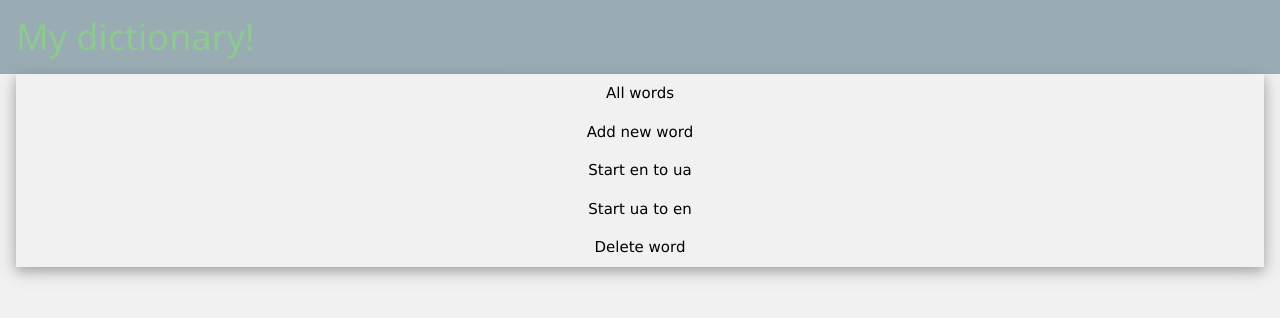
Repository: OleksandrDoskaliukKN313/IIC
Page: WebDictionary/WebContent/index.html
An editor plug-in stored every save of this project. The page is shown before and after the next save, followed by the edit.
The browser window is 1280 px wide. The pictures show the whole page.

Above is the page before, as saved 2020-10-12 10:06:54.

After the next save:
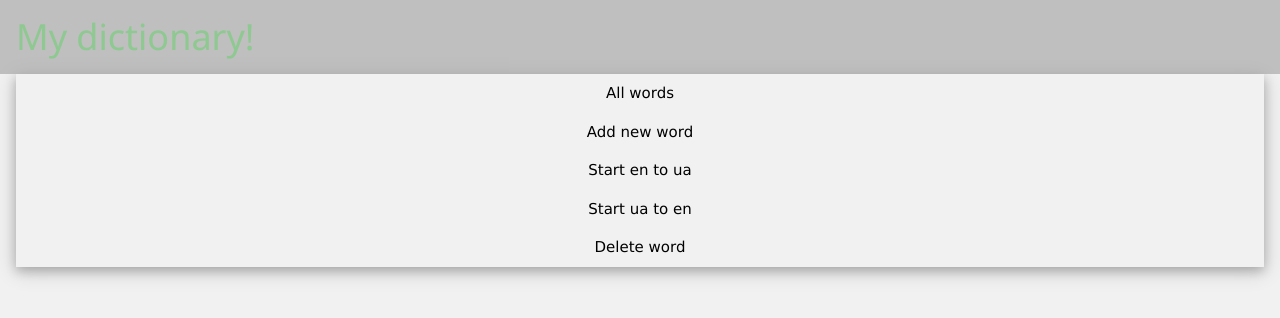
Saved 17 s later.
--- a/WebDictionary/WebContent/index.html
+++ b/WebDictionary/WebContent/index.html
@@ -6,7 +6,7 @@
 <link rel="stylesheet" href="w3.css">
 </head>
 <body class="w3-light-grey">
-<div class="w3-container w3-blue-grey w3-opacity w3-left-align w3-text-green">
+<div class="w3-container w3-grey w3-opacity w3-left-align w3-text-green">
         <h1>My dictionary!</h1>
     </div>
     <div class="w3-container w3-center">       <!-- content -->

After the save that followed:
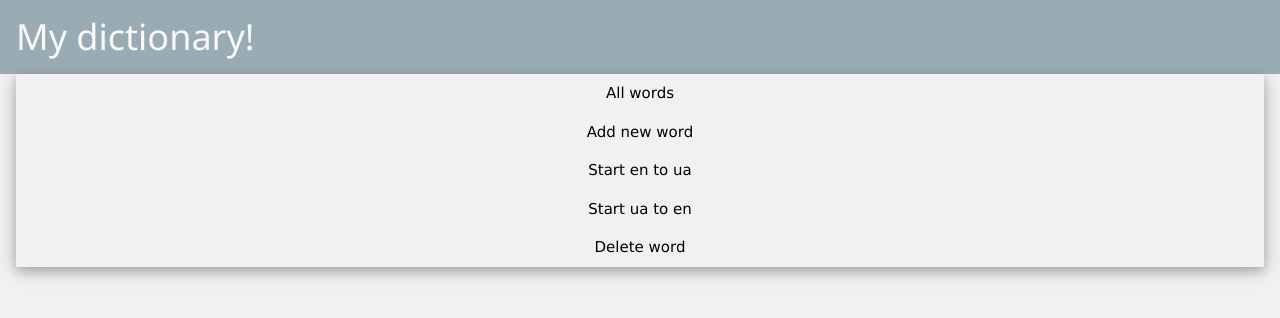
Saved 16 s later.
--- a/WebDictionary/WebContent/index.html
+++ b/WebDictionary/WebContent/index.html
@@ -6,7 +6,7 @@
 <link rel="stylesheet" href="w3.css">
 </head>
 <body class="w3-light-grey">
-<div class="w3-container w3-grey w3-opacity w3-left-align w3-text-green">
+<div class="w3-container w3-blue-grey w3-opacity w3-left-align ">
         <h1>My dictionary!</h1>
     </div>
     <div class="w3-container w3-center">       <!-- content -->
